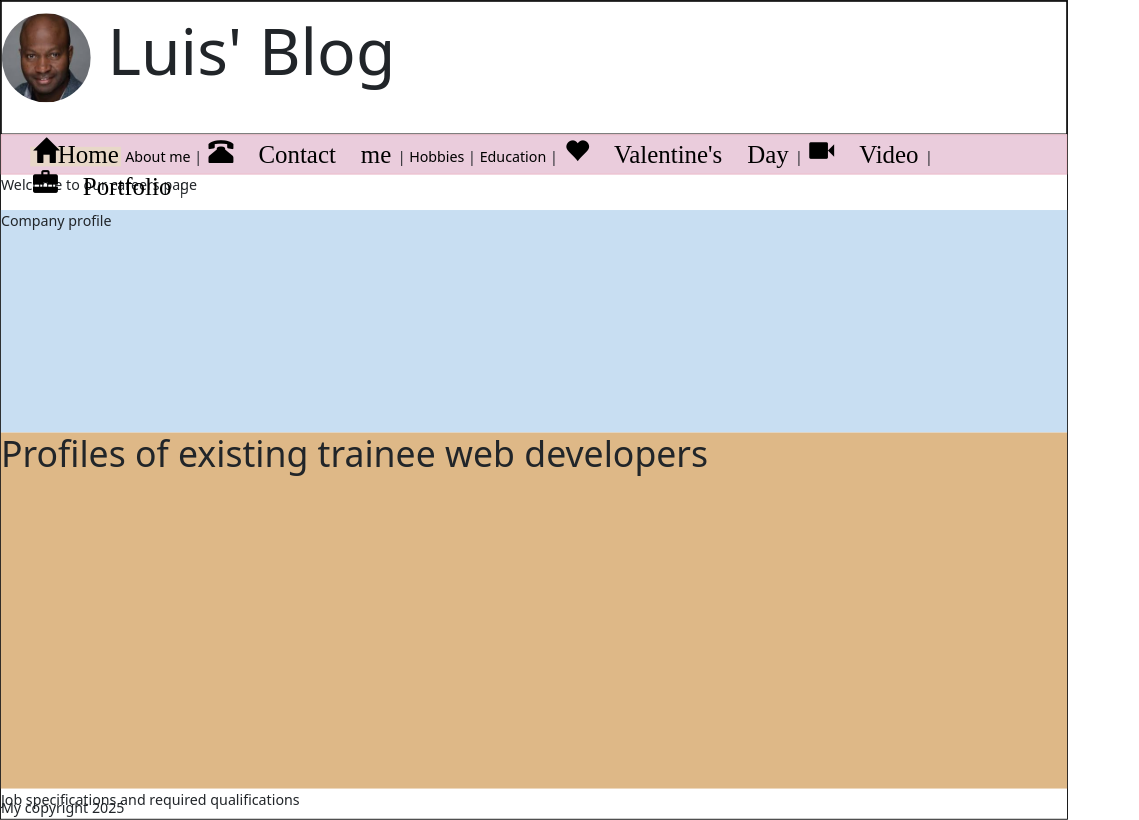
Repository: Apex-03/Apex-03.github.io
Page: careers.html
The author's editor kept a copy of each file at every save. The page is drawn from the files as they stood at one save, then again after the next save.
The browser window is 1280 px wide. The pictures show the whole page, at 89% of full size.

Above is the page before, as saved 2025-05-02 14:05:46.

### careers.html
<!doctype html>
<html lang="en-GB">

<head>
<meta charset="utf-8" />
<meta name="viewport" content="width=width-device, initial-scale=1 strink-to-fit=no" />
<meta description="Website development, Web design" />
<title>Luis's Blog </title>
<link rel="stylesheet" type="text/css" href="mycss/myblog.css" />
<script type="text/javascript" src="myjsfiles/mytasks.js"/> </script>

<link rel="stylesheet" type="text/css" href="my_bootstrap/css/bootstrap.min.css" />

<link rel="stylesheet" type="text/css" href="glyphicons-only-bootstrap/css/bootstrap.min.css" />

<script type="text/javascript" src="my_bootstrap/js/bootstrap.min.js" /> </script>

<script type="text/javascript" src="my_jquery/jquery-3.7.1.min.js" /> </script>




</head>
<body>
<div id="mypage">
<div id="banner"> <img src="images/luis_photo.jpg" alt="photo of Luis Ibhiabor" width="100" height="100"/> Luis' Blog</div>
<div id="topnav">
<ul>
<li class="hm"> <a href="#" class="glyphicon glyphicon-home gi-2x">Home</a></li>
<li> <a href="#"> About me </a> </li> |
<li> <a href="#" class="glyphicon glyphicon-phone-alt gi-2x"> Contact me </a> </li> |
<li> <a href="#"> Hobbies </a> </li> |
<li> <a href="#"> Education </a> </li> |
<li> <a href="#" class="glyphicon glyphicon-heart gi-2x"> Valentine's Day</a> </li> |
<li> <a href="#" class="glyphicon glyphicon glyphicon-facetime-video gi-2x"> Video </a> </li> |
<li> <a href="#" class="glyphicon glyphicon glyphicon-briefcase gi-2x"> Portfolio </a> </li> |


</ul>
</div>

<div id="contentarea">
<p> Welcome to our careers page</p>

<div class="company_profile"><p>Company profile</p></div>

<div class="current_trainees"><h1>Profiles of existing trainee web developers</h1></div>

<div class="job_spec"><p>Job specifications and required qualifications</p></div>



 </div>

<div id="pagefooter"> My copyright 2025 </div>

</div>
</body>
</html>

### mycss/myblog.css

body {
background-color: #fff;
font-family: Arial, Helvetica, sans-serif;
}

#mypage {
border: 1px solid #000;
width: 1200px;
}

#banner {
height: 150px;
border: 1px solid #000;
}

#topnav {
height: 45px;
border: 1px solid #edbcca;
}

/*Improving it starts here*/
#topnav {
background-color: #eaccdc;

}

.gi-2x{font-size: 28px; padding: 3px;}
.gi-3x{font-size: 3em;}
.gi-4x{font-size: 4em;}
.gi-5x{font-size: 5em;}


#banner img {
border-radius: 50%;

/*height: 100px; width: 100px; background-color: #ff5733; margin: auto;*/
}

/*Improving it ends here*/


#topnav ul li{
text-decoration: none;
display: inline;
}

#topnav a:link {
text-decoration: none;
color: #000;
}

#topnav a:visited {
color: #caadce;
}

#topnav a:hover {
background-color: #000;
}

#contentarea {
height: 700px;

}


#banner {
font-size: 450%;

}

.hm {
height: 25px;
background-color: #e8d8c8;
}










/*
#topnav ul li {
text-decoration: none;
display: inline;

}

https://developers.google.com/fonts/docs/getting_started

#mypage {


border: 1px solid #000;
}

*/

.company_profile {
    width: 100%;
    height: 250px;
    background-color: #c8def2;
}

.current_trainees {
    width: 100%;
    height: 400px;
    background-color:burlywood;
}

### myjsfiles/mytasks.js
/*
document.write("Hello World!");
window.alert("Welcome to my blog!");
*/

Loaded but not shown: my_bootstrap/css/bootstrap.min.css (library); glyphicons-only-bootstrap/css/bootstrap.min.css (library); my_bootstrap/js/bootstrap.min.js (library); my_jquery/jquery-3.7.1.min.js (library)

After the next save:
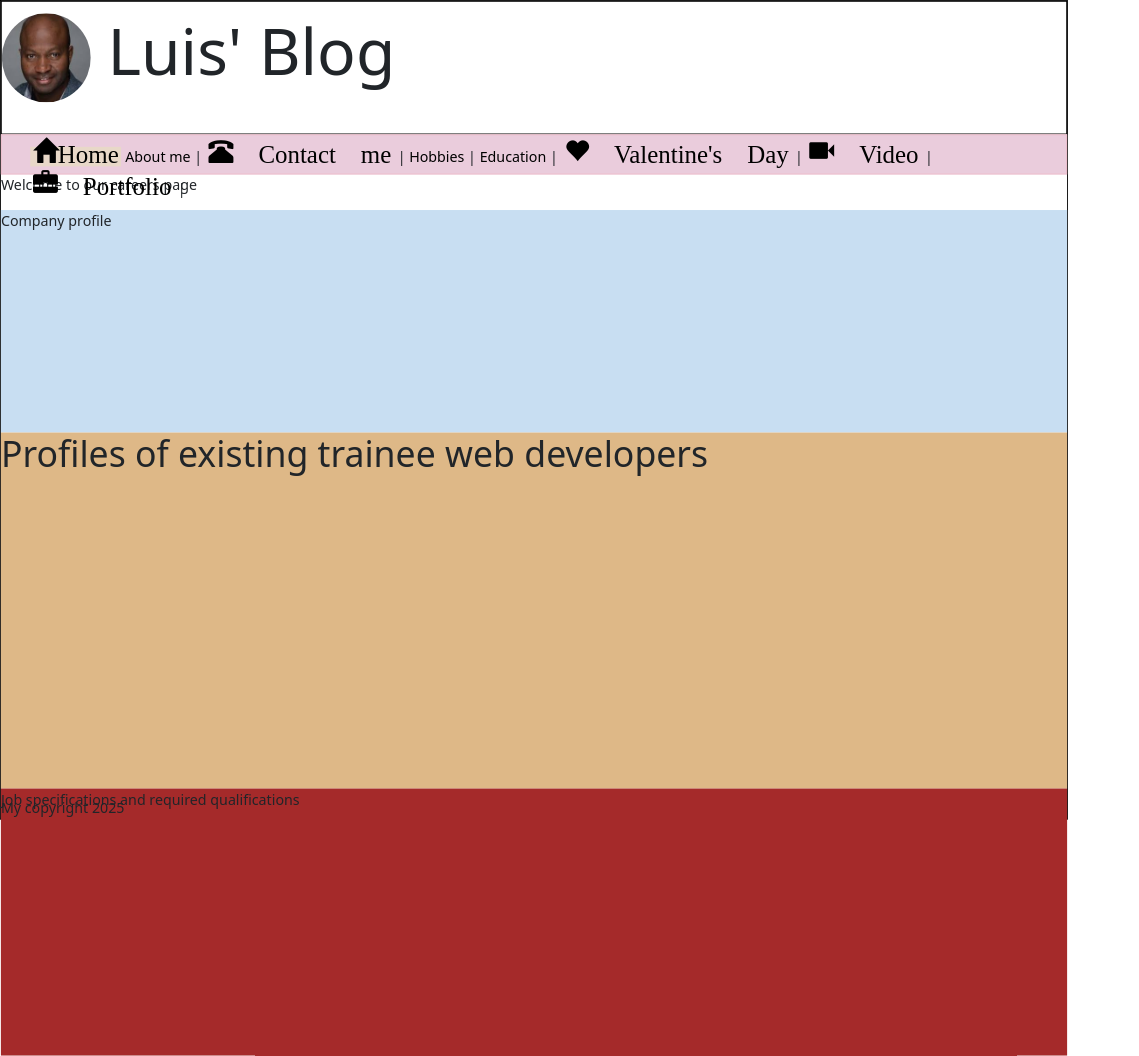
Saved 62 s later.
--- a/mycss/myblog.css
+++ b/mycss/myblog.css
@@ -111,3 +111,9 @@ border: 1px solid #000;
     height: 400px;
     background-color:burlywood;
 }
+
+.job_spec {
+    width: 100%;
+    height: 300px;
+    background-color:brown;
+}
